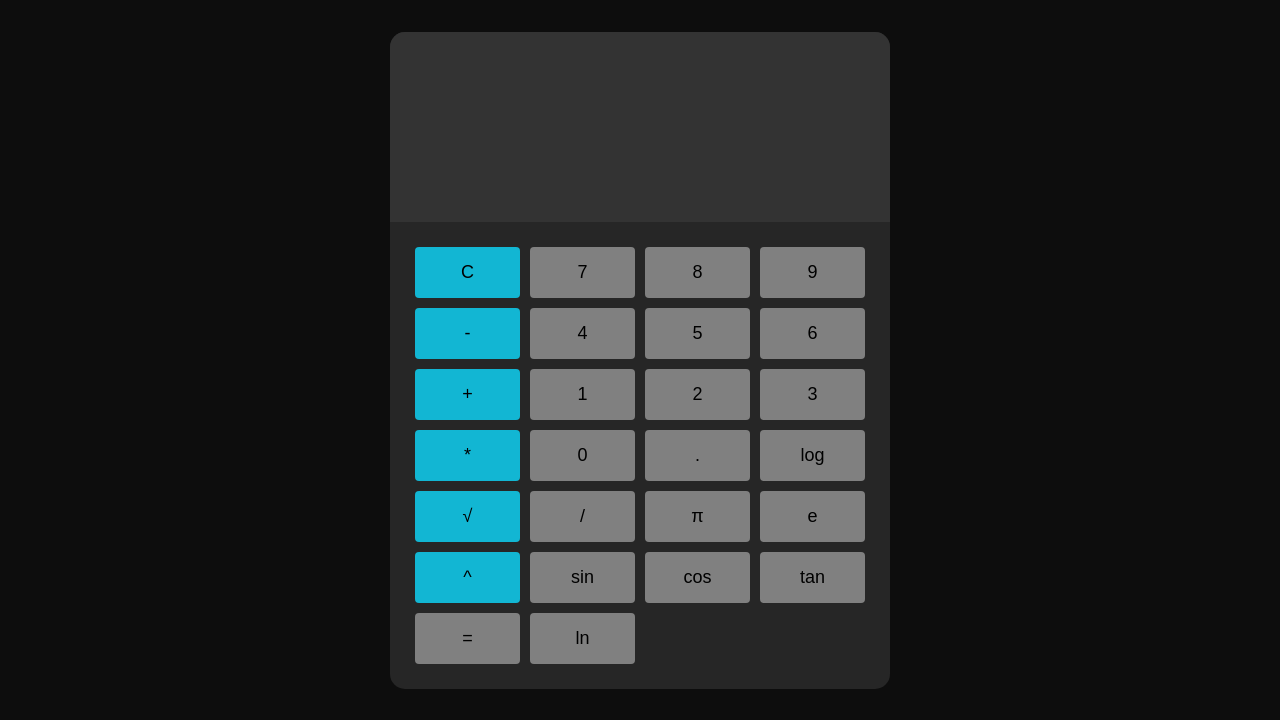
Repository: Haakim19/JavaScript
Page: Calculater/Main.html
An editor plug-in stored every save of this project. The page is shown before and after the next save, followed by the edit.
The browser window is 1280 px wide. The pictures show the whole page.

Above is the page before, as saved 2024-10-23 10:33:12.

After the next save:
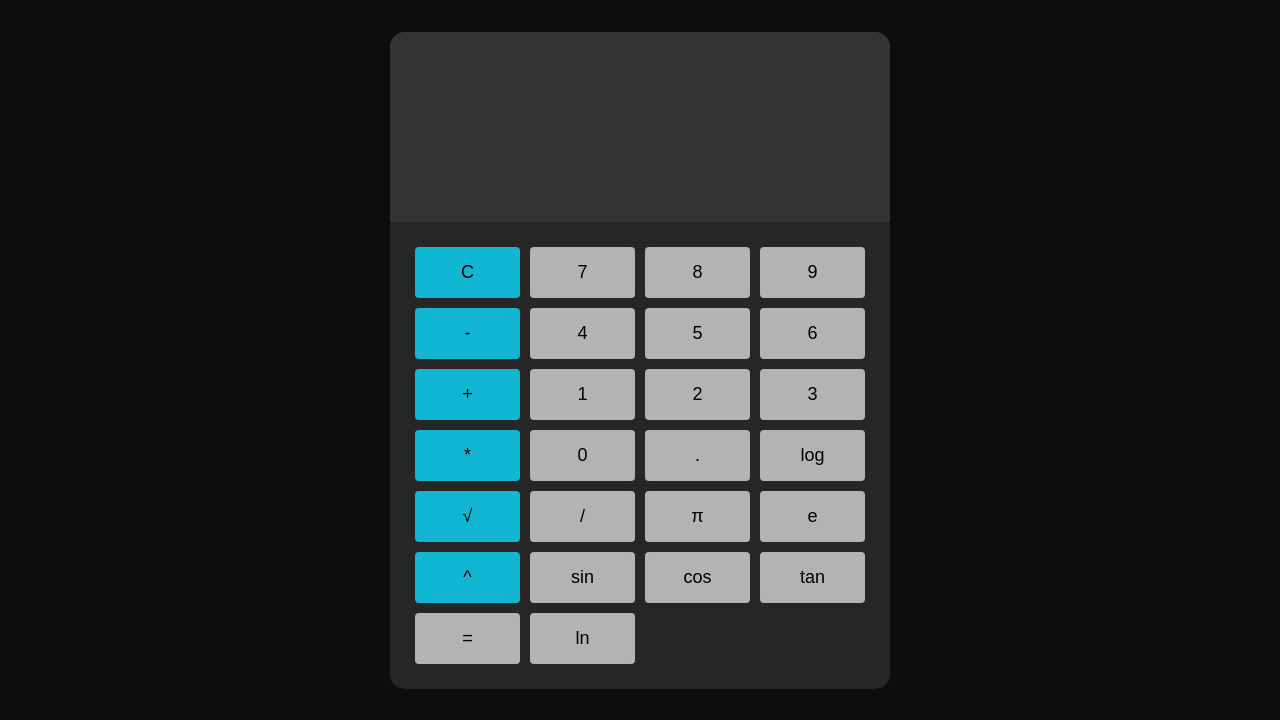
Saved 4 s later.
--- a/Calculater/Main.css
+++ b/Calculater/Main.css
@@ -73,7 +73,7 @@ button{
     font-size: 18px;
     border: none;
     border-radius: 4px;
-    background-color: hsl(0, 0%, 50%);
+    background-color: hsl(0, 0%, 70%);
     cursor: pointer;
     transition: background-color 0.5s;
 }
